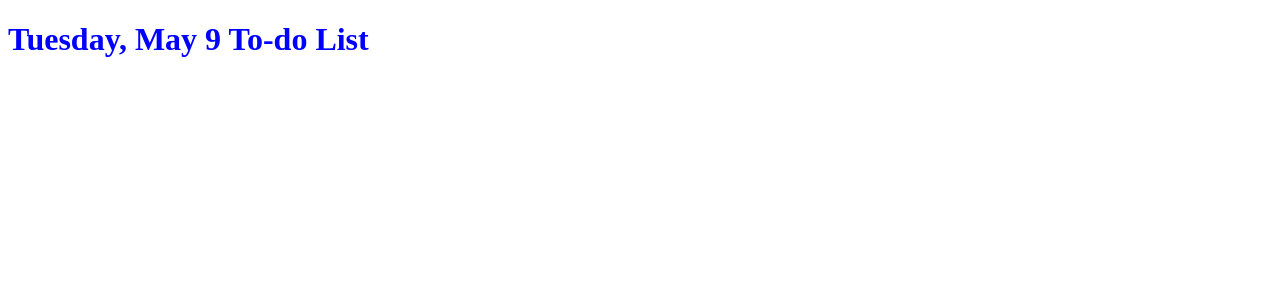
Repository: thecoachanna/todolist-v1
Page: http://localhost/
An editor plug-in stored every save of this project. The page is shown before and after the next save, followed by the edit.
The browser window is 1280 px wide. The pictures show the whole page.
The page is served by the project's Node server (app.js).

Above is the page before, as saved 2023-05-09 07:11:07.

### views/list.ejs
<!DOCTYPE html>
<html lang="en">

<head>
    <meta charset="UTF-8">
    <meta http-equiv="X-UA-Compatible" content="IE=edge">
    <meta name="viewport" content="width=device-width, initial-scale=1.0">
    <title>To-do List</title>
</head>

<body>
    <% if (kindOfDay === 'Thursday') { %>
        <h1 style='color: purple'>
            <%= kindOfDay %> To-do List
        </h1>
        <% } else { %>
        <h1 style='color: blue'>
            <%= kindOfDay %> To-do List
        </h1>
        <% } %>
</body>

</html>

### app.js
const express = require("express");
const bodyParser = require("body-parser");
const port = 3000

const app = express();

app.set('view engine', 'ejs');

app.get("/", (req, res) => {
  var today = new Date();

    var options = {
        weekday: 'long',
        day: 'numeric',
        month: 'long'
    }

    var day = today.toLocaleDateString('en-US', options)

  res.render("list", { kindOfDay: day });
});

app.listen(port, () => {
  console.log("Connected to server!");
});

After the next save:
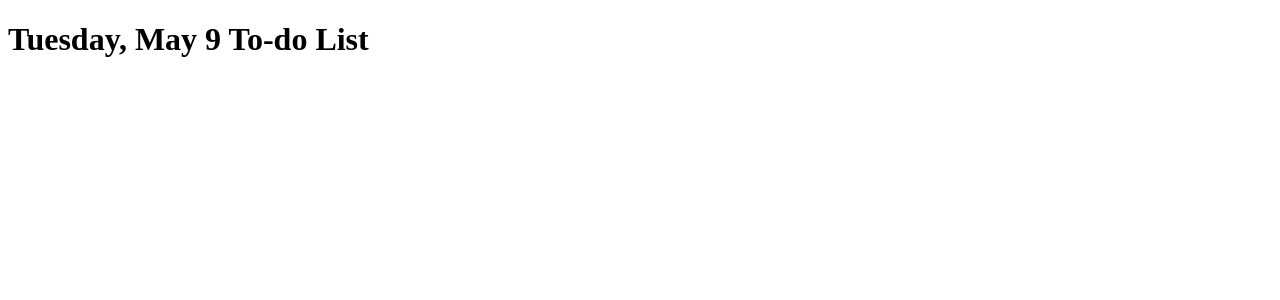
Saved 64 s later.
--- a/views/list.ejs
+++ b/views/list.ejs
@@ -14,7 +14,7 @@
             <%= kindOfDay %> To-do List
         </h1>
         <% } else { %>
-        <h1 style='color: blue'>
+        <h1>
             <%= kindOfDay %> To-do List
         </h1>
         <% } %>
